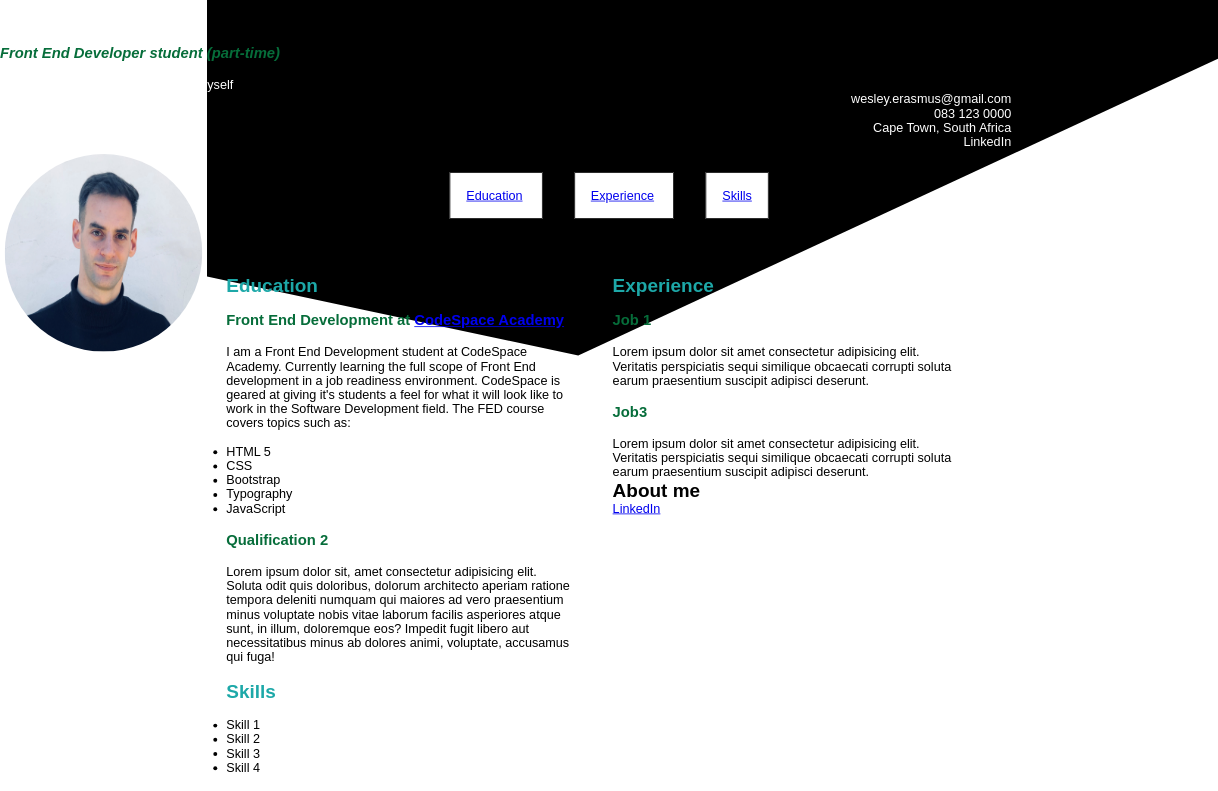
Repository: WesleyErasmus/myDigitalResume
Page: Resume-Projec-3/index.html
An editor plug-in stored every save of this project. The page is shown before and after a run of saves, followed by the edit.
The browser window is 1280 px wide. The page is 1542 px wide, then 1280 px, so the pictures cover 1542 px, including what lies to the right of the window. The pictures show the whole page, at 79% of full size.

Above is the page before, as saved 2022-02-12 13:43:16.

After the next 2 saves:
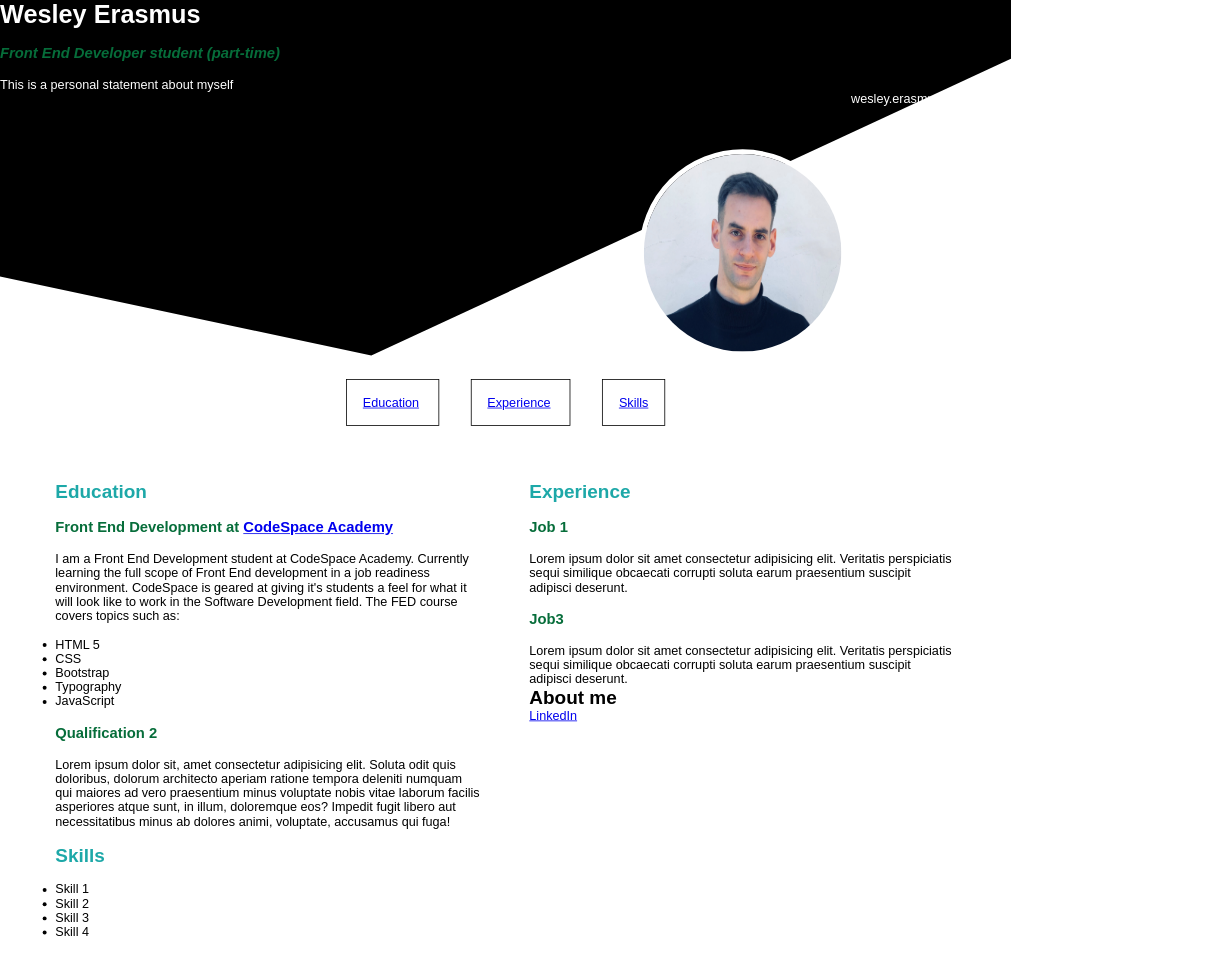
The 2 saves are shown as one change because they came seconds apart.
The last was saved 12 s later.
--- a/Resume-Projec-3/styles.css
+++ b/Resume-Projec-3/styles.css
@@ -20,8 +20,8 @@ h3 {
     text-align: right;
 }
 img {
-    /* position: relative; */
-    float: left;
+    position: relative;
+    /* float: left; */
     left: 300px;
     width: 250px;
     height: 250px;
